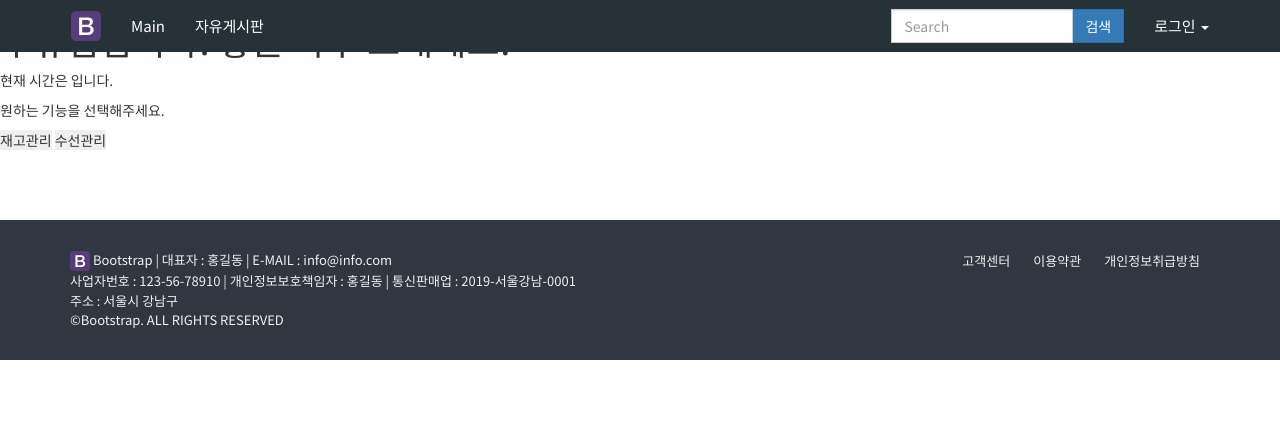
Repository: RattenLegs/Project_Inventory
Page: http://localhost/Project_Inventory/WEB-INF/views/home.jsp
An editor plug-in stored every save of this project. The page is shown before and after the next save, followed by the edit.
The browser window is 1280 px wide. The pictures show the whole page.
Some web libraries are served in a nearby version. The page is served by Tomcat 9. Nobody is signed in. The template is opened directly, without the code that normally fills it, so the values that code supplies are empty.

Above is the page before, as saved 2022-11-30 11:06:44.

After the next save:
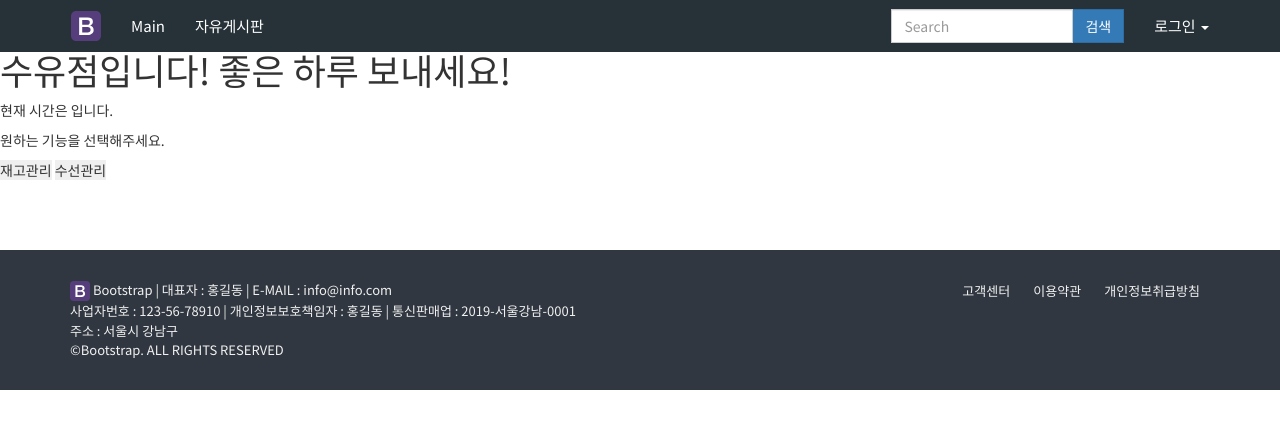
Saved 52 s later.
--- a/Project_Inventory/src/main/webapp/WEB-INF/views/home.jsp
+++ b/Project_Inventory/src/main/webapp/WEB-INF/views/home.jsp
@@ -11,10 +11,11 @@
 <jsp:include page="../include/header.jsp"/>
 </head>
 <body>
-
+<section>
 <h1>
 	수유점입니다! 좋은 하루 보내세요!
 </h1>
+</section>
 
 <P> 현재 시간은 ${serverTime} 입니다. </P>
 <p> 원하는 기능을 선택해주세요.</p>
